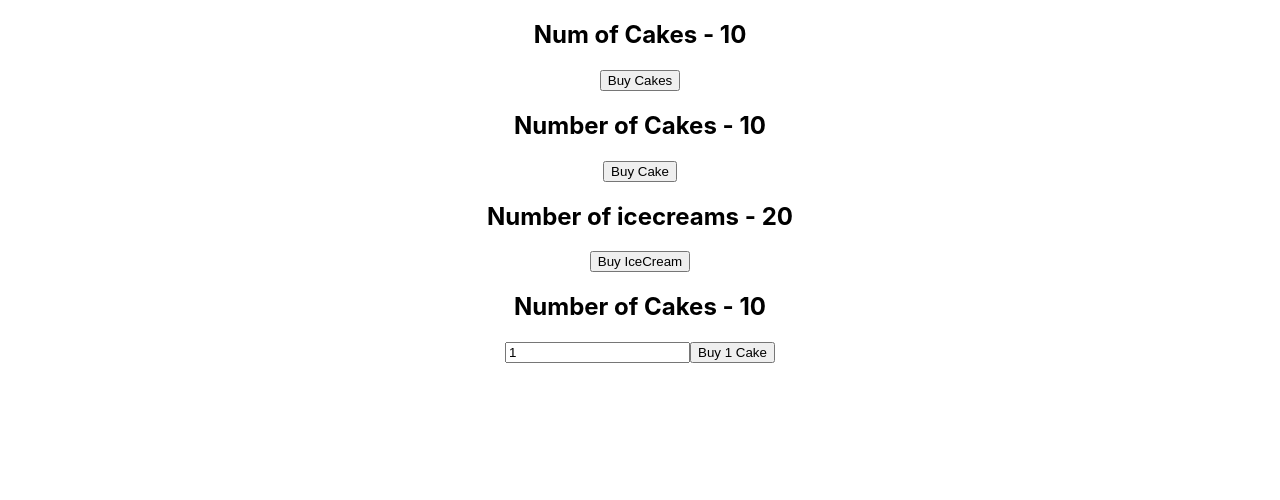
Repository: hardikaureate/react-redux-demo-axios
Page: /
An editor plug-in stored every save of this project. The page is shown before and after the next save, followed by the edit.
The browser window is 1280 px wide. The pictures show the whole page.
The project was rebuilt for these pictures with package versions that can differ from the ones it lists, and the page was loaded fresh each time.

Above is the page before, as saved 2020-11-04 17:56:42.

### src/App.js

import './App.css';
import { Provider } from 'react-redux'
import store from './redux/store'
import CakeContainer from './components/CakeContainer';
import HooksCakeContainer from './components/HooksCakeContainer';
import IceCreamContainer from './components/IceCreamContainer';
import NewCakeContainer from './components/NewCakeContainer';

function App() {
  return (
    <Provider store={store}>
    <div className="App">
      <HooksCakeContainer />
      <CakeContainer />
      <IceCreamContainer />
      <NewCakeContainer />
    </div>
    </Provider>
  );
}

export default App;

### src/redux/store.js
import { createStore, applyMiddleware } from 'redux'
import logger from 'redux-logger'
import { composeWithDevTools } from 'redux-devtools-extension'
//import cakeReducer from './cake/cakeReducer'
import rootReducer from './rootReducer'

const store = createStore(rootReducer, composeWithDevTools(applyMiddleware(logger)))

export default store

### src/components/CakeContainer.js
import React from 'react'
import {connect} from 'react-redux'
import { buyCake } from '../redux'

function CakeContainer(props) {
    return (
        <div>
            <h2>Number of Cakes - {props.numOfCakes}</h2>
            <button onClick={props.buyCake}>Buy Cake</button>
        </div>
    )
}

const mapStateTOProps = state => {
    return{
        numOfCakes: state.cake.numOfCakes
    }
}

const mapDispatchToProps = dispatch => {
    return {
        buyCake: () => dispatch(buyCake())
    }
}

export default connect(mapStateTOProps, mapDispatchToProps)(CakeContainer)

### src/components/HooksCakeContainer.js
import React from 'react'
import { useSelector, useDispatch } from 'react-redux'
import { buyCake } from '../redux'

function HooksCakeContainer() {
    const numOfCakes =  useSelector(state => state.cake.numOfCakes)
    const dispatch = useDispatch()
    return (
        <div>
            <h2>Num of Cakes - {numOfCakes} </h2>
            <button onClick={() => dispatch(buyCake())}>Buy Cakes</button>
        </div>
    )
}

export default HooksCakeContainer

### src/components/IceCreamContainer.js
import React from 'react'
import {connect} from 'react-redux'
import { buyIceCream } from '../redux'

function IceCreamContainer(props) {
    return (
        <div>
            <h2>Number of icecreams - {props.numOfIceCreams}</h2>
            <button onClick={props.buyIceCream}>Buy IceCream</button>
        </div>
    )
}

const mapStateTOProps = state => {
    return{
        numOfIceCreams: state.iceCream.numOfIceCreams
    }
}

const mapDispatchToProps = dispatch => {
    return {
        buyIceCream: () => dispatch(buyIceCream())
    }
}

export default connect(mapStateTOProps, mapDispatchToProps)(IceCreamContainer)

### src/components/NewCakeContainer.js
import React, { useState } from 'react'
import {connect} from 'react-redux'
import { buyCake } from '../redux'

function NewCakeContainer(props) {
    const [number, setNumber] = useState(1)
    return (
        <div>
            <h2>Number of Cakes - {props.numOfCakes}</h2>
            <input type="text" value={number} onChange={(e) => setNumber(e.target.value)} />
            <button onClick={() => props.buyCake(number)}>Buy {number} Cake</button>
        </div>
    )
}

const mapStateTOProps = state => {
    return{
        numOfCakes: state.cake.numOfCakes
    }
}

const mapDispatchToProps = dispatch => {
    return {
        buyCake: number => dispatch(buyCake(number))
    }
}

export default connect(mapStateTOProps, mapDispatchToProps)(NewCakeContainer)

### src/redux/rootReducer.js
import { combineReducers } from 'redux'
import cakeReducer from './cake/cakeReducer'
import iceCreamReducer from './iceCream/iceCreamReducer'


const rootReducer = combineReducers({
    cake: cakeReducer,
    iceCream: iceCreamReducer
})

export default rootReducer

### src/redux/index.js
export { buyCake } from './cake/cakeActions'
export { buyIceCream } from './iceCream/iceCreamActions'

### src/redux/cake/cakeReducer.js
import {BUY_CAKE} from './cakeTypes'

const initialState = {
    numOfCakes: 10
}
const cakeReducer = (state = initialState, action) => {
    switch(action.type) {
        case BUY_CAKE: return {
            ...state,
            numOfCakes: state.numOfCakes - action.payload
        }
        default:return state
    }
}
export default cakeReducer

### src/redux/iceCream/iceCreamReducer.js
import {BUY_ICECREAM} from './iceCreamTypes'

const initialState = {
    numOfIceCreams: 20
}

const iceCreamReducer = (state = initialState, action) => {
    switch(action.type) {
        case BUY_ICECREAM: return{
            ...state,
            numOfIceCreams: state.numOfIceCreams - 1
        }
        default: return state
    }
}

export default iceCreamReducer

### src/redux/cake/cakeActions.js
import {BUY_CAKE} from './cakeTypes'

export const buyCake = (number = 1) => {
    return {
        type: BUY_CAKE,
        payload: number
    }
}

### src/redux/iceCream/iceCreamActions.js
import { BUY_ICECREAM } from './iceCreamTypes'

export const buyIceCream = () => {
  return {
    type: BUY_ICECREAM
  }
}

### src/components/ItemContainer.js
import React from 'react'
import {connect} from 'react-redux'
function ItemContainer(props) {
    return (
        <div>
            <h2>Item - {props.item}</h2>
        </div>
    )
}

const mapStateToProps = (state, ownProps) =>{
    const itemState = ownProps.cake ? state.cake.numOfCakes : state.iceCream.numOfIceCreams

    return {
        item: itemState
    }
}
export default connect(mapStateToProps)(ItemContainer)

Loaded but not shown: public/index.html (common file); src/index.js (common file); src/index.css (common file); src/reportWebVitals.js (common file); src/App.css (common file); src/redux/cake/cakeTypes.js (common file); src/redux/IceCream/IceCreamTypes.js (common file)

After the next save:
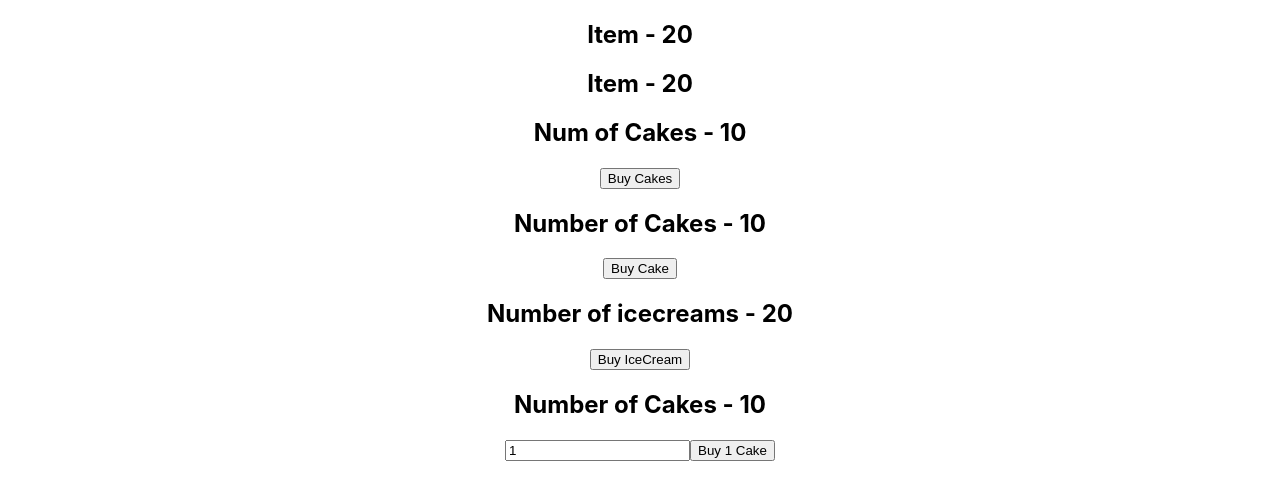
Saved 28 s later.
--- a/src/App.js
+++ b/src/App.js
@@ -6,11 +6,14 @@ import CakeContainer from './components/CakeContainer';
 import HooksCakeContainer from './components/HooksCakeContainer';
 import IceCreamContainer from './components/IceCreamContainer';
 import NewCakeContainer from './components/NewCakeContainer';
+import ItemContainer from './components/ItemContainer';
 
 function App() {
   return (
     <Provider store={store}>
     <div className="App">
+    <ItemContainer />
+    <ItemContainer />
       <HooksCakeContainer />
       <CakeContainer />
       <IceCreamContainer />
